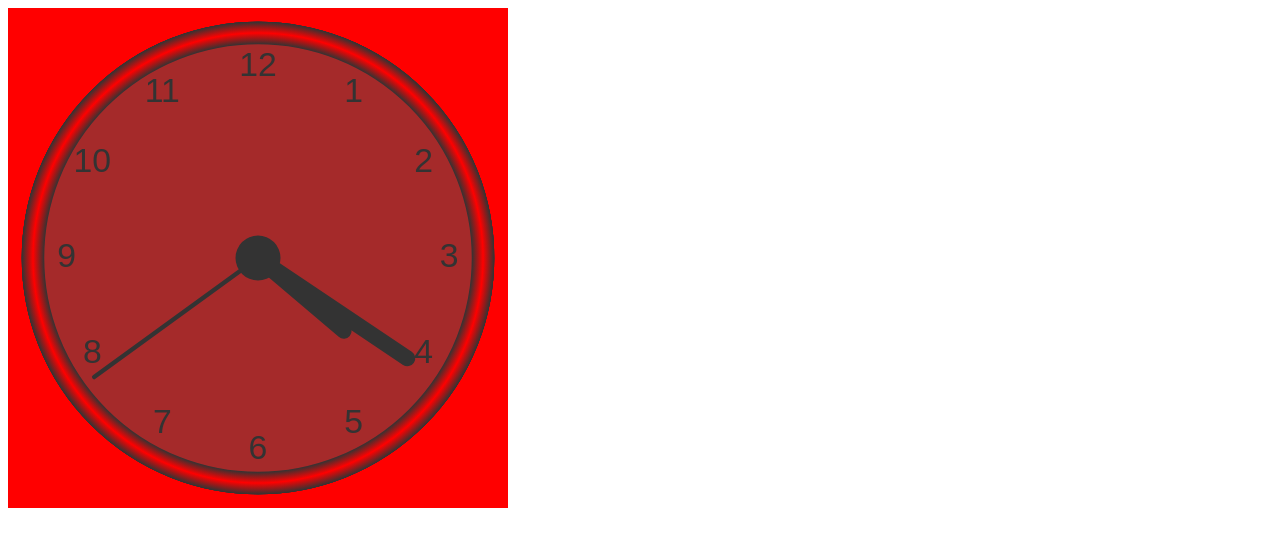
Repository: ManojAndroid/WellcomeToAndroidApp
Page: AddressBook_App/Canvas_Project/WebContent/Clock.html
These files come from the project's save history. The page is drawn as it stood at one moment and after the next save; the edit follows.
The browser window is 1280 px wide. The pictures show the whole page.

Above is the page before, as saved 2017-04-20 13:11:40.

After the next save:
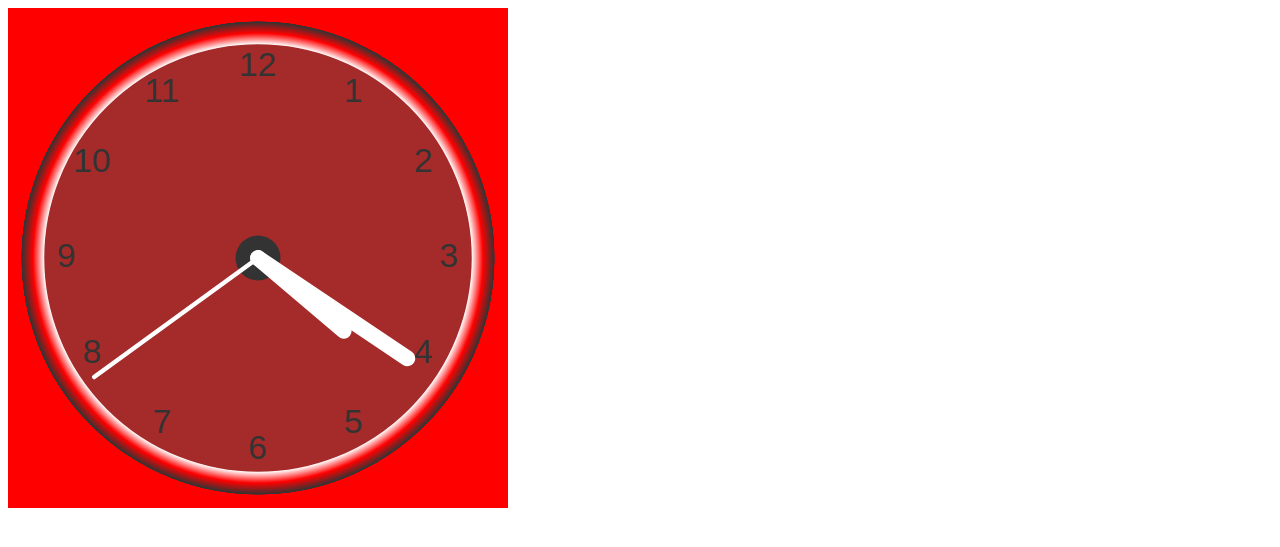
Saved 31 s later.
--- a/AddressBook_App/Canvas_Project/WebContent/Clock.html
+++ b/AddressBook_App/Canvas_Project/WebContent/Clock.html
@@ -27,7 +27,7 @@ function drawFace(ctx, radius) {
   ctx.fillStyle = 'brown';
   ctx.fill();
   grad = ctx.createRadialGradient(0,0,radius*0.95, 0,0,radius*1.05);
-  grad.addColorStop(0, '#333');
+  grad.addColorStop(0, 'white');
   grad.addColorStop(0.5, 'red');
   grad.addColorStop(1, '#333');
   ctx.strokeStyle = grad;
